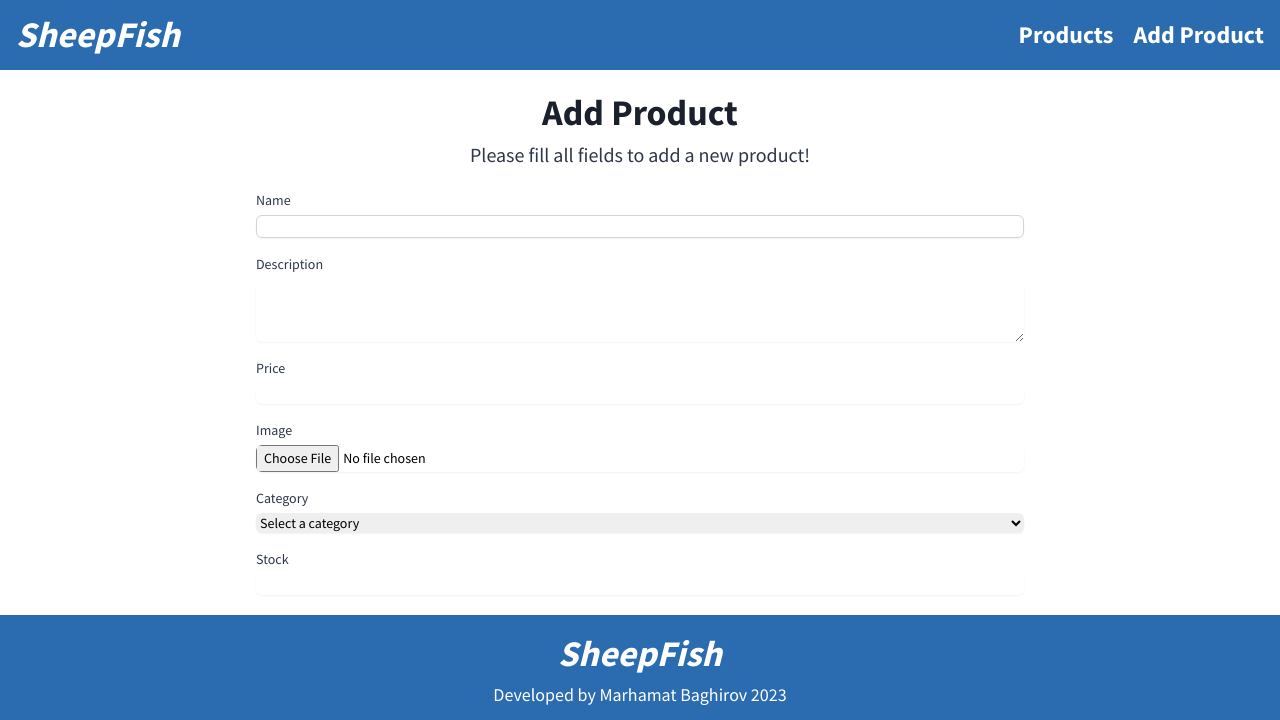
Repository: Marhamat92/sheep-fish-task
Page: /products/add
These files come from the project's save history. The page is drawn as it stood at one moment and after the next save; the edit follows.
The browser window is 1280 px wide. The pictures show the whole page.
The project was rebuilt for these pictures with package versions that can differ from the ones it lists, and the page was loaded fresh each time. Also part of the build but not shown: src/App.css, src/components/SearchField.tsx, src/components/ListTable.tsx, src/pages/Products/ProductList.tsx.

Above is the page before, as saved 2023-03-28 19:49:50.

### public/index.html
<!DOCTYPE html>
<html lang="en">

<head>
  <meta charset="utf-8" />
  <link rel="icon" href="%PUBLIC_URL%/favicon.ico" />
  <meta name="viewport" content="width=device-width, initial-scale=1" />
  <meta name="theme-color" content="#000000" />
  <meta name="description" content="Web site created using create-react-app" />
  <link rel="apple-touch-icon" href="%PUBLIC_URL%/logo192.png" />
  <link rel="preconnect" href="https://fonts.googleapis.com">
  <link rel="preconnect" href="https://fonts.gstatic.com" crossorigin>
  <link href="https://fonts.googleapis.com/css2?family=Source+Sans+Pro:wght@200;300;400;600;700;900&display=swap"
    rel="stylesheet">
  <!--
      manifest.json provides metadata used when your web app is installed on a
      user's mobile device or desktop. See https://developers.google.com/web/fundamentals/web-app-manifest/
    -->
  <link rel="manifest" href="%PUBLIC_URL%/manifest.json" />
  <!--
      Notice the use of %PUBLIC_URL% in the tags above.
      It will be replaced with the URL of the `public` folder during the build.
      Only files inside the `public` folder can be referenced from the HTML.

      Unlike "/favicon.ico" or "favicon.ico", "%PUBLIC_URL%/favicon.ico" will
      work correctly both with client-side routing and a non-root public URL.
      Learn how to configure a non-root public URL by running `npm run build`.
    -->
  <title>SheepFish</title>
</head>

<body>
  <noscript>You need to enable JavaScript to run this app.</noscript>
  <div id="root"></div>
  <!--
      This HTML file is a template.
      If you open it directly in the browser, you will see an empty page.

      You can add webfonts, meta tags, or analytics to this file.
      The build step will place the bundled scripts into the <body> tag.

      To begin the development, run `npm start` or `yarn start`.
      To create a production bundle, use `npm run build` or `yarn build`.
    -->
</body>

</html>

### src/index.css
@tailwind base;
@tailwind components;
@tailwind utilities;


body {
  font-family: 'Source Sans Pro', sans-serif;
}

code {
  font-family: 'Source Sans Pro', sans-serif;
}

### src/App.tsx
import React from "react";
import logo from "./logo.svg";
import "./App.css";
import Header from "./components/Header";
import Layout from "./Layout/Layout";
import BaseRouter from "./routes";

function App() {
  return (
    <div>
      <Layout>
        <BaseRouter />
      </Layout>
    </div>
  );
}

export default App;

### src/Layout/Layout.tsx
import React from "react";
import Header from "../components/Header";
import Footer from "../components/Footer";

type Props = {
  children: React.ReactNode;
};

const Layout = ({ children }: Props) => {
  return (
    <div>
      <Header />
      {children}
      <Footer />
    </div>
  );
};

export default Layout;

### src/routes.js
import { Route, Routes } from "react-router-dom";
import React from "react";
import ProductList from "./pages/Products/ProductList";
import AddProduct from "./pages/Products/AddProduct";

const BaseRouter = () => (
  <Routes>
    <Route exact path="/" element={
      <ProductList />
    } />
    <Route exact path="/products"
      element={
        <ProductList />
      }
    />
    <Route exact path="/products/add" element={
      <AddProduct />
    } />
  </Routes>
);

export default BaseRouter;

### src/components/Header.tsx
import React, { useEffect, useState } from "react";
import { Link } from "react-router-dom";
import { BiMenu } from "react-icons/bi";

type Props = {};

const Header = (props: Props) => {
  const [mobileMenu, setMobileMenu] = useState(false);
  const [showMobileMenu, setShowMobileMenu] = useState(false);

  const checkScreenSize = () => {
    if (window.innerWidth <= 768) {
      setMobileMenu(true);
    } else {
      setMobileMenu(false);
      setShowMobileMenu(false);
    }
  };

  useEffect(() => {
    checkScreenSize();
    window.addEventListener("resize", checkScreenSize);
    return () => {
      window.removeEventListener("resize", checkScreenSize);
    };
  }, [mobileMenu]);

  return (
    <div className=' bg-mainPrimary '>
      <div className='container flex flex-row justify-between items-center py-2'>
        <div>
          <h1
            className='
            text-4xl font-bold text-white italic
          '
          >
            SheepFish
          </h1>
        </div>
        {mobileMenu ? (
          <BiMenu
            onClick={() => {
              setShowMobileMenu(true);
            }}
            className='text-3xl text-white'
          />
        ) : (
          <div className='flex flex-row justify-between space-x-5'>
            <Link to='/products'>
              <div
                className='text-2xl font-bold text-white hover:underline transition-all duration-300
          cursor-pointer'
              >
                Products
              </div>
            </Link>
            <Link to='/products/add'>
              <div className='text-2xl font-bold text-white hover:underline transition-all duration-300 cursor-pointer'>
                Add Product
              </div>
            </Link>
          </div>
        )}
        {showMobileMenu && (
          <div className='bg-mainTertiary h-screen absolute top-0 left-0 right-0 '>
            <div className='flex flex-col justify-center items-center'>
              <div className='text-2xl font-bold text-white hover:underline transition-all duration-300 cursor-pointer'>
                Products
              </div>
              <div className='text-2xl font-bold text-white hover:underline transition-all duration-300 cursor-pointer'>
                Add Product
              </div>
            </div>
          </div>
        )}
      </div>
    </div>
  );
};

export default Header;

### src/components/Footer.tsx
import React from "react";

type Props = {};

const Footer = ({}: Props) => {
  return (
    <div className='bg-mainPrimary py-3 absolute bottom-0 w-full'>
      <div className='container mx-auto flex flex-col items-center justify-center'>
        <h1 className='text-4xl font-bold text-white italic text-center'>
          SheepFish
        </h1>
        <p className='text-white font-regular text-lg text-center'>
          Developed by Marhamat Baghirov {new Date().getFullYear()}
        </p>
      </div>
    </div>
  );
};

export default Footer;

### src/pages/Products/AddProduct.tsx
import React from "react";
import Form from "../../components/Form";

type Props = {};

const AddProduct = (props: Props) => {
  return (
    <div className='container flex flex-col'>
      <div className='flex flex-col items-center justify-center mt-4'>
        <h1 className='text-4xl font-bold text-textPrimary'>Add Product</h1>
        <p className='text-textSecondary text-xl text-center'>
          Please fill all fields to add a new product!
        </p>
      </div>
      <div>
        <Form />
      </div>
    </div>
  );
};

export default AddProduct;

### src/components/Form.tsx
import React from "react";

type Props = {};

const Form = (props: Props) => {
  return (
    <div className='mt-5 px-60'>
      <form className='flex flex-col'>
        <div className='flex flex-col'>
          <label
            htmlFor='name'
            className='text-textSecondary text-sm font-medium'
          >
            Name
          </label>
          <input
            type='text'
            name='name'
            id='name'
            className='mt-1 focus:ring-indigo-500 focus:border-indigo-500 block w-full shadow-sm sm:text-sm border border-gray-300 rounded-md'
          />
        </div>
        <div className='flex flex-col mt-4'>
          <label
            htmlFor='description'
            className='text-textSecondary text-sm font-medium'
          >
            Description
          </label>
          <textarea
            name='description'
            id='description'
            rows={3}
            className='mt-1 focus:ring-indigo-500 focus:border-indigo-500 block w-full shadow-sm sm:text-sm border-gray-300 rounded-md'
            defaultValue={""}
          />
        </div>
        <div className='flex flex-col mt-4'>
          <label
            htmlFor='price'
            className='text-textSecondary text-sm font-medium'
          >
            Price
          </label>
          <input
            type='number'
            name='price'
            id='price'
            className='mt-1 focus:ring-indigo-500 focus:border-indigo-500 block w-full shadow-sm sm:text-sm border-gray-300 rounded-md'
          />
        </div>
        <div className='flex flex-col mt-4'>
          <label
            htmlFor='image'
            className='text-textSecondary text-sm font-medium'
          >
            Image
          </label>
          <input
            type='file'
            name='image'
            id='image'
            className='mt-1 focus:ring-indigo-500 focus:border-indigo-500 block w-full shadow-sm sm:text-sm border-gray-300 rounded-md'
          />
        </div>
        <div className='flex flex-col mt-4'>
          <label
            htmlFor='category'
            className='text-textSecondary text-sm font-medium'
          >
            Category
          </label>
          <select
            name='category'
            id='category'
            className='mt-1 focus:ring-indigo-500 focus:border-indigo-500 block w-full shadow-sm sm:text-sm border-gray-300 rounded-md'
          >
            <option value=''>Select a category</option>
            <option value='electronics'>Electronics</option>
          </select>
        </div>
        <div className='flex flex-col mt-4'>
          <label
            htmlFor='stock'
            className='text-textSecondary text-sm font-medium'
          >
            Stock
          </label>
          <input
            type='number'
            name='stock'
            id='stock'
            className='mt-1 focus:ring-indigo-500 focus:border-indigo-500 block w-full shadow-sm sm:text-sm border-gray-300 rounded-md'
          />
        </div>
        <div className='flex flex-col mt-4'>
          <label
            htmlFor='rating'
            className='text-textSecondary text-sm font-medium'
          >
            Rating
          </label>
          <input
            type='number'
            name='rating'
            id='rating'
            className='mt-1 focus:ring-indigo-500 focus:border-indigo-500 block w-full shadow-sm sm:text-sm border-gray-300 rounded-md'
          />
        </div>
        <button
          type='submit'
          className='mt-4 bg-indigo-500 hover:bg-indigo-700 text-white font-bold py-2 px-4 rounded'
        >
          Add Product
        </button>
      </form>
    </div>
  );
};

export default Form;

### tailwind.config.js
/** @type {import('tailwindcss').Config} */
module.exports = {
  content: ["./src/**/*.{js,jsx,ts,tsx}",],
  theme: {
    extend: {
      colors: {
        "textPrimary": "#1a202c",
        "textSecondary": "#2d3748",
        "textTertiary": "#4a5568",
        "mainPrimary": "#2b6cb0",
        "mainSecondary": "#4299e1",
        "mainTertiary": "#63b3ed",
        "success": "#48bb78",
        "danger": "#e53e3e",
        "warning": "#dd6b20",
        "info": "#3182ce",
        "light": "#f7fafc",
        "dark": "#1a202c",
        "white": "#fff",
        "black": "#000",
        //close this
      },
      fontFamily: {
        sans: ["Roboto", "sans-serif"],
      },
      fontSize: {
        "xs": ".75rem",
        "sm": ".875rem",
        "tiny": ".875rem",
        "base": "1rem",
        "lg": "1.125rem",
        "xl": "1.25rem",
        "2xl": "1.5rem",
        "3xl": "1.875rem",
        "4xl": "2.25rem",
        "5xl": "3rem",
        "6xl": "4rem",
        "7xl": "5rem",
        "8xl": "6rem",
        "9xl": "7rem",
        "10xl": "8rem",
      },
      spacing: {
        "0": "0",
        "1": "0.25rem",
        "2": "0.5rem",
        "3": "0.75rem",
        "4": "1rem",
        "5": "1.25rem",
        "6": "1.5rem",
        "8": "2rem",
      },
      boxShadow: {
        "xs": "0 0 0 1px rgba(0, 0, 0, 0.05)",
        "sm": "0 1px 2px 0 rgba(0, 0, 0, 0.05)",
        "default": "0 1px 3px 0 rgba(0, 0, 0, 0.1), 0 1px 2px 0 rgba(0, 0, 0, 0.06)",
        "md": "0 4px 6px -1px rgba(0, 0, 0, 0.1), 0 2px 4px -1px rgba(0, 0, 0, 0.06)",
        "lg": "0 10px 15px -3px rgba(0, 0, 0, 0.1), 0 4px 6px -2px rgba(0, 0, 0, 0.05)",
        "xl": "0 20px 25px -5px rgba(0, 0, 0, 0.1), 0 10px 10px -5px rgba(0, 0, 0, 0.04)",
        "2xl": "0 25px 50px -12px rgba(0, 0, 0, 0.25)",
      },
      screens: {
        "xs": "320px",
        "sm": "640px",
        "md": "768px",
        "lg": "1024px",
        "xl": "1280px",
        "2xl": "1536px",
      },

      container: {
        center: true,
        padding: "1rem",
      },

    },
    plugins: [




    ],
  }
}

Loaded but not shown: src/index.tsx (common file); src/reportWebVitals.ts (common file)

After the next save:
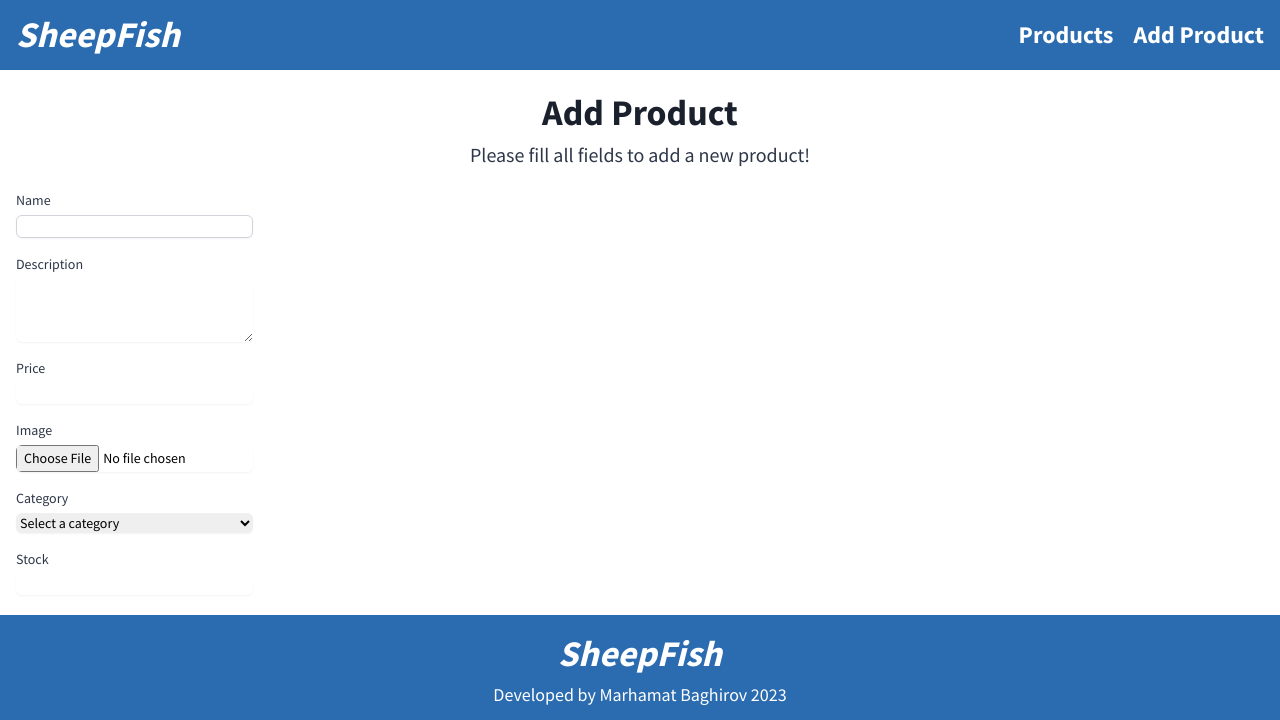
Saved 30 s later.
--- a/src/components/Form.tsx
+++ b/src/components/Form.tsx
@@ -4,7 +4,7 @@
 
 const Form = (props: Props) => {
   return (
-    <div className='mt-5 px-60'>
+    <div className='mt-5 flex items-center'>
       <form className='flex flex-col'>
         <div className='flex flex-col'>
           <label
